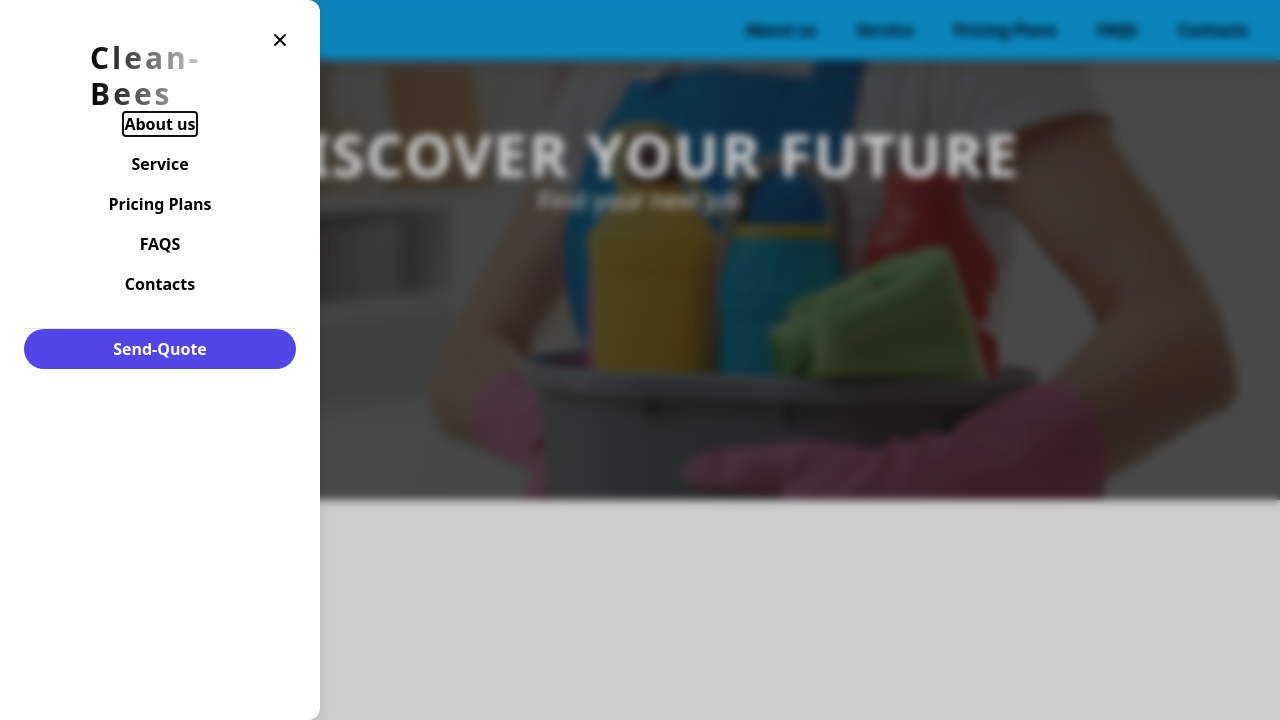
Repository: remydev47/cleanbees
Page: /
These files come from the project's save history. The page is drawn as it stood at one moment and after the next save; the edit follows.
The browser window is 1280 px wide. The pictures show the whole page.
The project was rebuilt for these pictures with package versions that can differ from the ones it lists, and the page was loaded fresh each time. The framework's server and built-in components were replaced by stand-ins that run in the browser. Also part of the build but not shown: next.config.js.

Above is the page before, as saved 2022-09-15 20:24:19.

### pages/_app.tsx
import '../styles/globals.css'
import type { AppProps } from 'next/app'
import { Header } from '../components/Header'


function MyApp({ Component, pageProps }: AppProps) {
  return (
    <>
      <Header />
      <Component {...pageProps} />
    </>

    )
}

export default MyApp

### pages/index.tsx
import type { NextPage } from 'next'
import Head from 'next/head'
import Image from 'next/image'
import Hero from '../components/Hero'

const Home: NextPage = () => {
  return (
    <div className="">
      <Head>
        <title>CleanBees</title>
        <link rel="icon" href="/favicon.ico" />
      </Head>
      <Hero />
      <h1>CleanBees</h1>
    </div>
  )
}

export default Home

### components/Header.tsx
import { navLinks } from "../constants"
import { MenuPopOver } from "./MenuPopover"
import Logo from "./Logo"
import Image from "next/image"
import { title } from "process"

export const Header = () => {
    return(
        <>
          <header className={styles.container}>
           <div className='flex grow-0 basis-1/3 md:hidden'>
             <MenuPopOver />
          </div>
          <div className='flex grow-0 basis-1/3 justify-center md:justify-start'>
            <Logo />
           </div>
           <ul className="list-none sm:flex hidden justify-end items-center flex-1">
            {navLinks.map((nav, index) => (
                <li
                key={nav.id}
                className={`font-poppins font-extrabold cursor-pointer text-[16px]
                  ${index === navLinks.length - 1 ? 'mr-0' : 'mr-10'}
                 text-black `}
                >
                    <a>{nav.title}</a>
                </li>
            ))}
           </ul>

          </header>
        </>
    )
}

const styles ={
    container:`sticky bg-[#0ea5e9] inset-x-0 top-0 z-20 flex items-center justify-between py-2 px-2 shadow-lg dark:bg-slate-900 sm:py-3 sm:px-8`
}

### components/Hero.tsx
import React from 'react'
import Image from 'next/image'


const Hero = () => {
  return (
    <>
      <section className='relative h-[640px] w-full  bg-blue-500 sm:h-[55vh] md:h-[440px]'>
        <Image
          src="/img/pixel-cleaner2.jpg"
          layout='fill'
          objectFit='cover'
        />
        <div className="absolute inset-0 bg-neutral-900/70">
        <div className='mx-4 mt-16 flex flex-col items-center text-center '>
                <h1 className={styles.innerbanner}>
                    Discover your future
                </h1>
                <span className='text-xl text-white sm:text-2xl'>
                    Find your next Job
                </span>

              </div>
        </div>
      </section>

    </>
  )
}

export default Hero;
const styles ={

    innerbanner:`text-3xl font-extrabold uppercase tracking-wide text-white sm:text-4xl md:text-5xl lg:text-6xl`,
}

### constants/index.ts

export const navLinks =[
    {
     id:"aboutus",
     title:"About us"
    },
    {
        id:"services",
        title:"Service"
    },
    {
        id:"pricingplans",
        title:"Pricing Plans"
    },
    {
        id:"faqs",
        title:"FAQS"
    },
    {
        id:"contacts",
        title:"Contacts"
    },
]

### components/MenuPopover.tsx
import React, { useState, Fragment } from 'react'
import { IconButton } from './Button'
import { Transition, Dialog }  from '@headlessui/react';
import Link from 'next/link';
import Logo from './Logo';
import { Button } from './Button';
//import { ThemeSelect } from './ThemeToogle';
import { navLinks } from '../constants';

export const MenuPopOver = () => {
    const [isOpen, setIsOpen] = useState(true)

    return(
      <div>
        <IconButton
          variant='ghost'
          aria-label='menu'
          onClick={() => setIsOpen(!isOpen)}
        >
          <svg className='h-6 w-6 ' fill='none' stroke='currentColor'>
            <path
              strokeLinecap='round'
              strokeLinejoin='round'
              strokeWidth={2}
              d='M4 6h16M4 12h16M4 18h16'
            />
          </svg>
        </IconButton>
        <Transition
          show={isOpen}
          appear
          as={Fragment}
          enter='transform transition ease-in-out duration-300'
          enterFrom='-translate-x-full'
          enterTo='translate-x-0'
          leave='transform transition ease-in-out duration-300 delay-200'
          leaveFrom='translate-x-0'
          leaveTo='-translate-x-full'
        >
         <Dialog
           as='div'
           className={`fixed inset-0 z-50`}
           onClose={setIsOpen}
           open={isOpen}
           >
           <Transition.Child
             as={Fragment}
             enter='ease-out duration-300 delay-300'
             enterFrom='opacity-0'
             enterTo='opacity-100'
             leave='ease-in duration-200'
             leaveFrom='opacity-100'
             leaveTo='opacity-0'
           >

            <Dialog.Overlay
              className={`fixed inset-0 bg-black/20 backdrop-blur-sm dark:bg-gray-900/80`}
             />
          </Transition.Child>
           <div className={styles.dialogcontainer}>
            <a className='mx-auto mt-4 flex w-[140px] '>
              <Logo />
            </a>
            <ul
                className={styles.navWrapper2}
             >
                {navLinks.map((nav, index) => (
                    <li
                     key={nav.id}
                     className={`font-poppins font-bold cursor-pointer text-[16px]
                      ${index === navLinks.length - 1 ? 'mr-0' : 'mb-4'}
                      text-black `}
                    >
                     <a href={`#${nav.id}`}>
                        {nav.title}
                     </a>
                    </li>
                 ))}
             </ul>
            {/* <div className='mt-0 border-t border-gray-200 pt-6 dark:border-gray-200/10'>

            </div> */}
            <ul className='mt-8 space-y-3 border-t border-gray-200 dark:border-gray-200/10'>
              <li>
               <Button fullWidth>
                   Send-Quote
               </Button>
              </li>

            </ul>
            <IconButton
              variant='ghost'
              aria-label='close menu'
              className='absolute top-5 right-5'
              onClick={() => setIsOpen(false)}
            >
              <svg
                viewBox='0 0 10 10'
                className='h-2.5 w-2.5 overflow-visible'
                aria-hidden='true'
              >
                <path
                    d='M0 0L10 10M10 0L0 10'
                    fill='none'
                    stroke='currentColor'
                    strokeWidth='2'
                    strokeLinecap='round'
                  />
              </svg>
            </IconButton>
           </div>
         </Dialog>
        </Transition>
      </div>
    )
  }

const styles ={
    dialogcontainer:`fixed top-0 bottom-0 left-0 w-full max-w-xs rounded-r-xl bg-white p-6 shadow-lg dark:bg-gray-800`,
    menuitems:`group relative flex h-9 items-center oveflow-hidden rounded-md hover:bg-slate-200/50`,
    navWrapper2:`list-none flex flex-col justify-end items-center flex-1`,
}

### components/Logo.tsx
import React from 'react';


const Logo  = () => {
  return (
    <span className={`bg-gradient-to-r from-black to-[#fff] bg-clip-text align-middle text-3xl font-black tracking-widest text-transparent hover:text-green-400`}>
        Clean-Bees
    </span>
  )
}

export default Logo;

### components/Button/index.tsx
import React, { forwardRef } from 'react';
//import { __DEV__ } from '../../utils/assertions'

type BaseButtonProps = Omit<React.HTMLProps<HTMLButtonElement>, "size">;

/* === Button Element === */

export interface ButtonProps extends BaseButtonProps {
  children: React.ReactNode;
  fullWidth?: boolean;
  className?: string;
  variant?: "solid" | "outline" | "ghost";
  size?: "sm" | "md" | "lg";
  as?: string;
  isExternal?: boolean;
  type?: "button" | "submit" | "reset";
}

export const Button = forwardRef<HTMLButtonElement, ButtonProps>(
  (
    {
      children,
      variant = "solid",
      size = "md",
      fullWidth = false,
      className,
      as = "button",
      isExternal = false,
      ...rest
    },
    ref
  ) => {
    let tempClassNames: string[] = [];

    const sharedClasses = [
      "capitalize",
      "focus:outline-none",
      "focus:ring-2",
      "focus:ring-indigo-400",
      "focus:ring-offset-2",
      "focus:ring-offset-indigo-50",
      "font-semibold",
      "rounded-full",
      "inline-flex",
      "flex-shrink-0",
      "items-center",
      "justify-center",
      "transition-colors",
      "ease-in-out",
      "duration-500",
    ];

    if (fullWidth) sharedClasses.push("w-full");

    // handle variants
    let btnSolid = ["bg-indigo-600", "hover:bg-indigo-700", "text-white"];
    let btnOutline = [
      "dark:text-white",
      "hover:text-yellow-700",
      "hover:dark:text-yellow-800",
      "bg-transparent",
      "hover:bg-indigo-50",
      "border",
      "border-indigo-600",
    ];
    let btnGhost = [
      "bg-transparent",
      "dark:text-white",
      "hover:bg-indigo-50",
      "hover:text-indigo-700",
      "hover:dark:text-indigo-700",
    ];

    if (variant === "solid") {
      tempClassNames = [...sharedClasses, ...btnSolid];
    } else if (variant === "outline") {
      tempClassNames = [...sharedClasses, ...btnOutline];
    } else if (variant === "ghost") {
      tempClassNames = [...sharedClasses, ...btnGhost];
    }

    // handle sizes
    let sizeSm = ["h-8", "px-2", "text-sm"];
    let sizeMd = ["h-10", "px-3"];
    let sizeLg = ["h-12", "px-4", "text-lg"];

    if (size === "sm") {
      tempClassNames = [...tempClassNames, ...sizeSm];
    } else if (size === "md") {
      tempClassNames = [...tempClassNames, ...sizeMd];
    } else if (size === "lg") {
      tempClassNames = [...tempClassNames, ...sizeLg];
    }

    let classes = tempClassNames.join(" ");

    let Element = as ? (
      React.createElement(
        as,
        {
          className: `${classes} ${className}`,
          target: isExternal ? "_blank" : undefined,
          rel: isExternal ? "noopener noreferrer" : undefined,
          ref,
          ...rest,
        },
        children
      )
    ) : (
      <button {...rest} className={`${classes} ${className}`} ref={ref}>
        {children}
      </button>
    );

    return Element;
  }
);

// if (__DEV__) {
//   Button.displayName = "Button";
// }

/* === IconButton Element === */

export interface IconButtonProps extends ButtonProps {
  icon?: React.ReactElement;
  "aria-label": string;
}

export const IconButton = forwardRef<HTMLButtonElement, IconButtonProps>(
  (
    {
      children,
      icon,
      className,
      "aria-label": ariaLabel,
      size = "md",
      ...rest
    },
    ref
  ) => {
    let sharedClasses = ["rounded-full", "!px-0"];

    // handle sizes
    let sizeSm = ["w-8"];
    let sizeMd = ["w-10"];
    let sizeLg = ["w-12"];

    if (size === "sm") {
      sharedClasses = [...sharedClasses, ...sizeSm];
    } else if (size === "md") {
      sharedClasses = [...sharedClasses, ...sizeMd];
    } else if (size === "lg") {
      sharedClasses = [...sharedClasses, ...sizeLg];
    }

    /**
     * Passing the icon as prop or children should work
     */
    const element = icon || children;
    const _children = React.isValidElement(element)
      ? React.cloneElement(element as any, {
          "aria-hidden": true,
          focusable: false,
        })
      : null;

    let classes = sharedClasses.join(" ");
    return (
      <Button
        className={`${classes} ${className}`}
        aria-label={ariaLabel}
        size={size}
        {...rest}
        ref={ref}
      >
        {_children}
      </Button>
    );
  }
);

// if (__DEV__) {
//   IconButton.displayName = "IconButton";
// }

Loaded but not shown: styles/globals.css (common file); tailwind.config.js (common file)

After the next save:
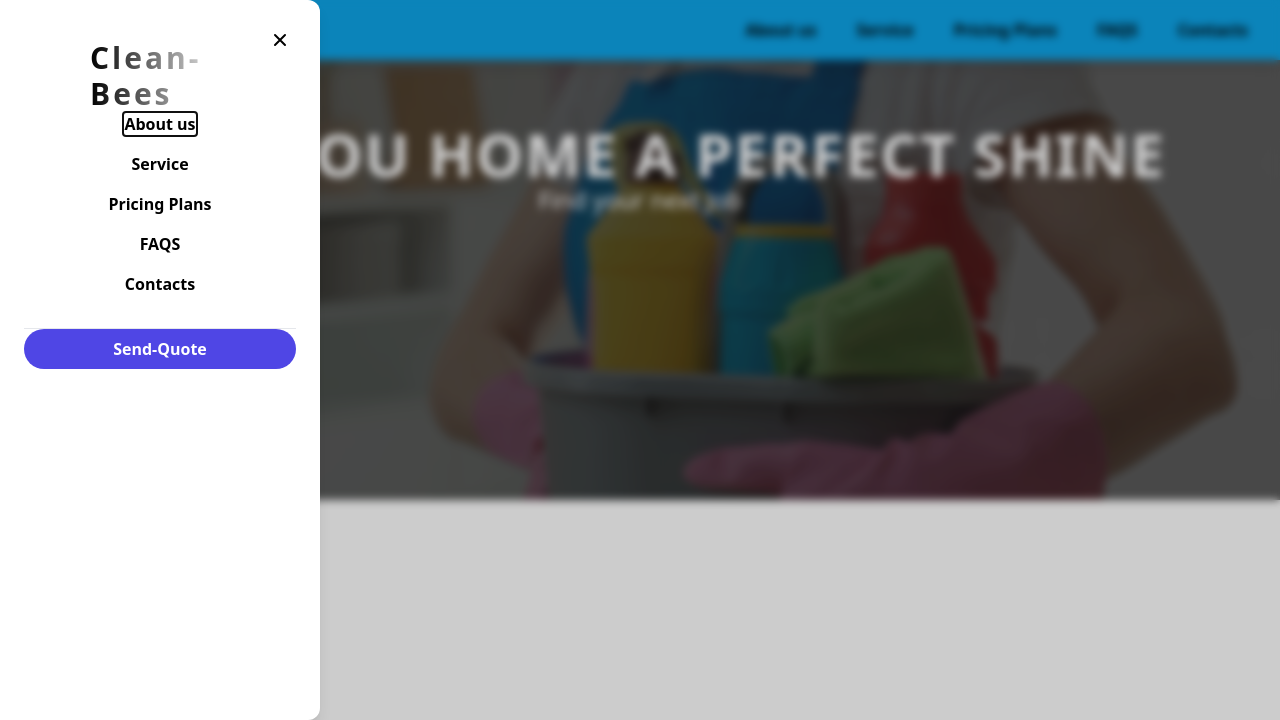
Saved 24 min 49 s later.
--- a/components/Hero.tsx
+++ b/components/Hero.tsx
@@ -14,7 +14,7 @@ const Hero = () => {
         <div className="absolute inset-0 bg-neutral-900/70">
         <div className='mx-4 mt-16 flex flex-col items-center text-center '>
                 <h1 className={styles.innerbanner}>
-                    Discover your future
+                    Give you Home a Perfect Shine
                 </h1>
                 <span className='text-xl text-white sm:text-2xl'>
                     Find your next Job
